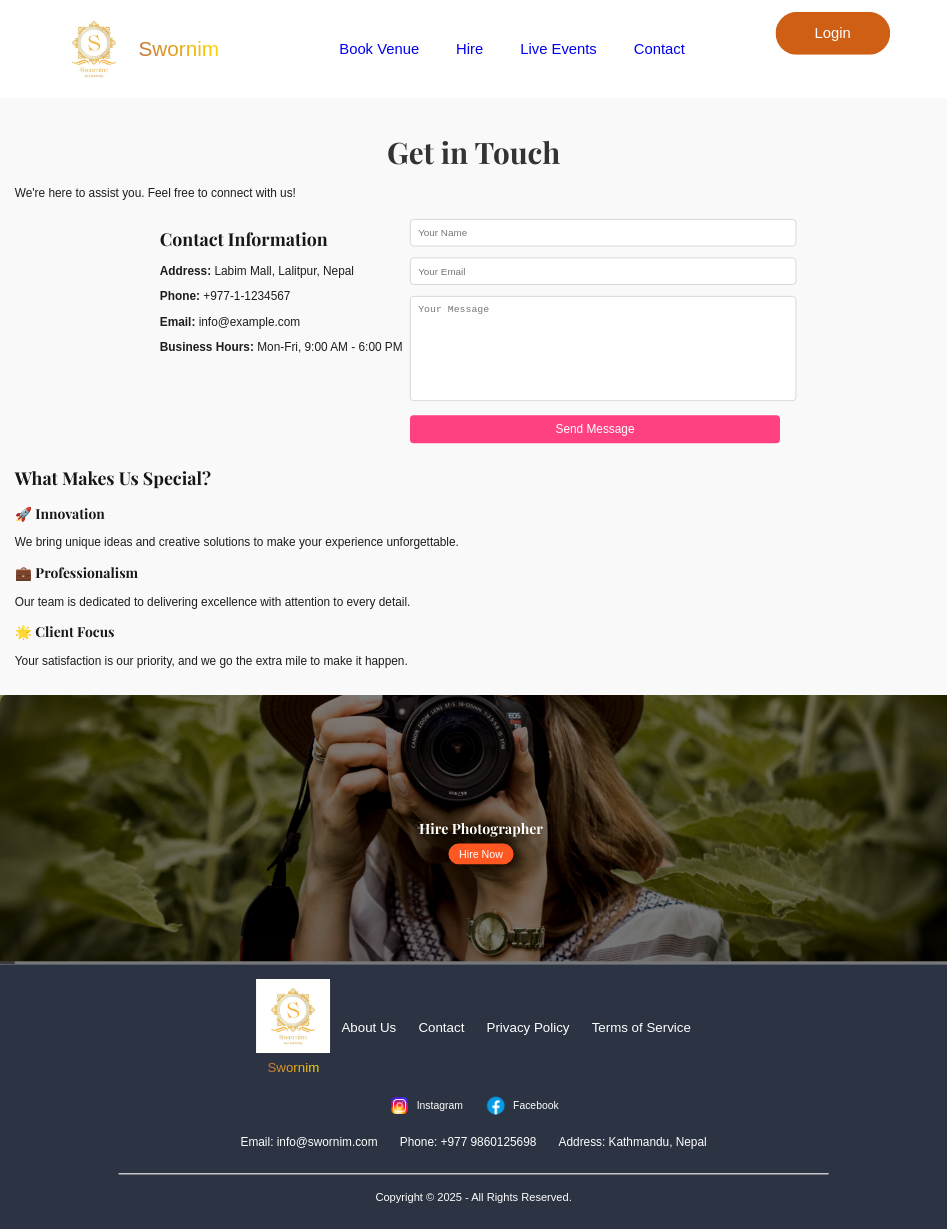
Repository: leonischu/Swornim
Page: /contact (app in frontend/)
The author's editor kept a copy of each file at every save. The page is drawn from the files as they stood at one save, then again after the next save.
The browser window is 1280 px wide. The pictures show the whole page, at 74% of full size.
Pictures or frames that could not be fetched are drawn as grey boxes. The project was rebuilt for these pictures with package versions that can differ from the ones it lists, and the page was loaded fresh each time. Also part of the build but not shown: frontend/src/App.css, frontend/src/Components/Clients/Clients.css, frontend/src/Components/Clients/Clients.jsx, frontend/src/Pages/Book.jsx, frontend/src/Pages/LoginSignup.jsx.

Above is the page before, as saved 2025-06-03 18:56:01.

After the next save:
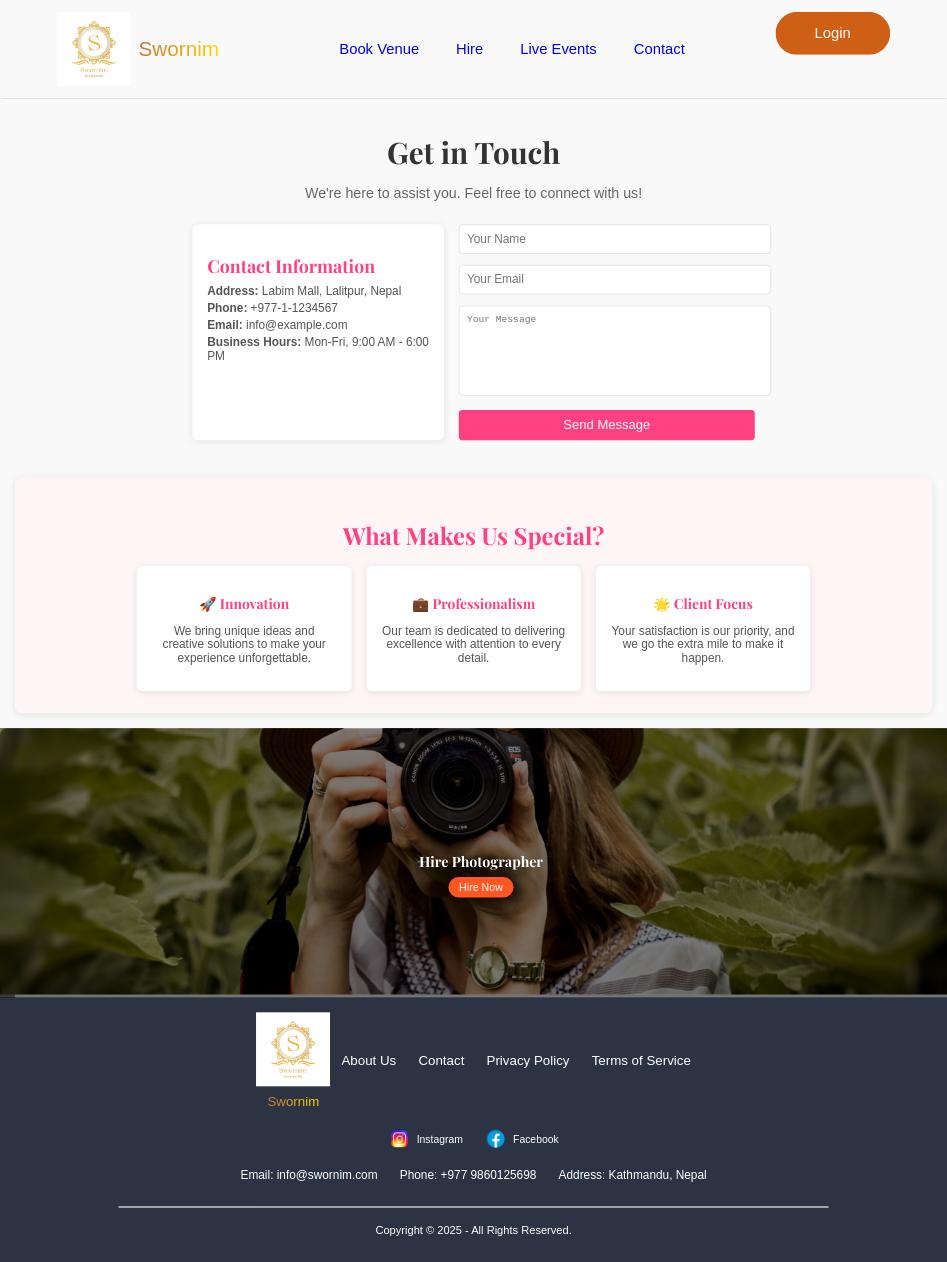
Saved 28 s later.
--- a/frontend/src/Pages/CSS/Contact.css
+++ b/frontend/src/Pages/CSS/Contact.css
@@ -1,27 +1,57 @@
+body {
+  font-family: Arial, sans-serif;
+  margin: 0;
+  padding: 0;
+  background-color: #f9f9f9;
+}
+
 .contact-container {
-  font-family: Arial, sans-serif;
   padding: 20px;
-  background-color: #f9f9f9;
 }
 
 .contact-title {
   text-align: center;
   font-size: 2.5em;
   color: #333;
-  margin-bottom: 20px;
+  margin-bottom: 10px;
+}
+
+.contact-description {
+  text-align: center;
+  font-size: 1.2em;
+  color: #666;
+  margin-bottom: 30px;
 }
 
 .contact-content {
   display: flex;
   flex-wrap: wrap;
   justify-content: center;
-  align-items: flex-start;
+  gap: 20px;
+}
+
+.contact-info {
+  flex: 1;
+  max-width: 300px;
+  background-color: #fff;
+  padding: 20px;
+  border-radius: 8px;
+  box-shadow: 0 2px 10px rgba(0, 0, 0, 0.1);
+}
+
+.contact-info h2 {
+  margin-bottom: 10px;
+  color: #ff4081;
+}
+
+.contact-info p {
+  margin: 5px 0;
+  color: #555;
 }
 
 .contact-form {
   flex: 1;
-  max-width: 500px;
-  margin: 10px;
+  max-width: 400px;
 }
 
 .contact-input,
@@ -29,39 +59,71 @@
   width: 100%;
   margin-bottom: 15px;
   padding: 10px;
-  border: 1px solid #ccc;
+  border: 1px solid #ddd;
   border-radius: 5px;
+  font-size: 1em;
 }
 
 .contact-textarea {
-  height: 120px;
+  height: 100px;
   resize: none;
 }
 
 .contact-submit {
   width: 100%;
+  padding: 10px;
   background-color: #ff4081;
-  color: white;
-  padding: 10px;
+  color: #fff;
   border: none;
   border-radius: 5px;
+  font-size: 1.1em;
   cursor: pointer;
-  font-size: 1em;
 }
 
 .contact-submit:hover {
   background-color: #e91e63;
 }
 
-.contact-map {
-  flex: 1;
-  max-width: 500px;
-  margin: 10px;
+/* Wow Section */
+.wow-section {
+  margin-top: 50px;
+  text-align: center;
+  background-color: #fef5f7;
+  padding: 30px;
+  border-radius: 10px;
+  box-shadow: 0 2px 10px rgba(0, 0, 0, 0.1);
 }
 
-.contact-map iframe {
-  width: 100%;
-  height: 300px;
-  border: none;
-  border-radius: 5px;
+.wow-title {
+  font-size: 2em;
+  margin-bottom: 20px;
+  color: #ff4081;
 }
+
+.carousel {
+  display: flex;
+  justify-content: center;
+  gap: 20px;
+}
+
+.carousel-item {
+  max-width: 250px;
+  padding: 20px;
+  background-color: #fff;
+  border-radius: 8px;
+  box-shadow: 0 2px 10px rgba(0, 0, 0, 0.1);
+  transition: transform 0.3s;
+}
+
+.carousel-item:hover {
+  transform: scale(1.05);
+}
+
+.carousel-item h3 {
+  margin-bottom: 10px;
+  color: #ff4081;
+}
+
+.carousel-item p {
+  color: #555;
+}
